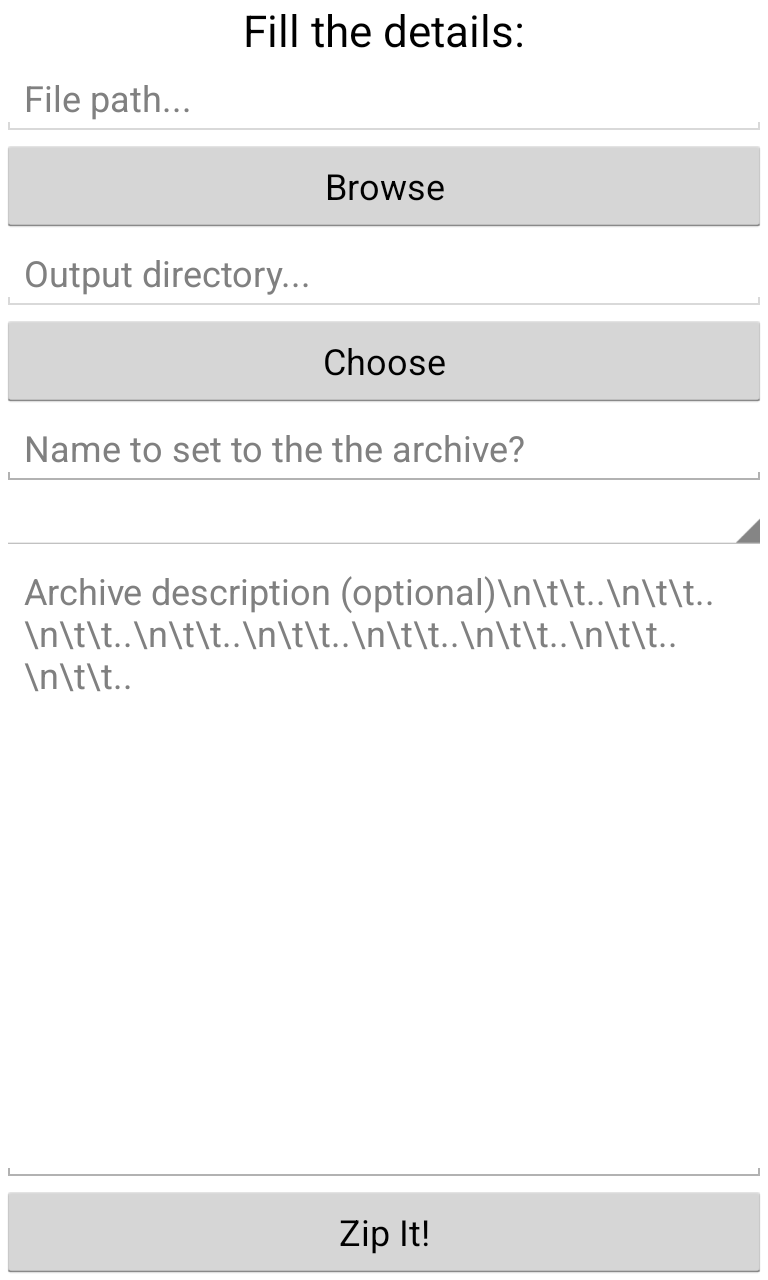
Repository: ya-ivanov/Android-Projects
Layout: Android Projects (OLD)/Zip It!/ZipIt/res/layout/activity_main.xml
An editor plug-in stored every save of this project. The layout is shown before and after the next save, followed by the edit.
It is drawn on a 768 x 1280 px phone screen (xhdpi) without system bars, with theme AppTheme; the app's code is not run.

Above is the layout before, as saved 2013-12-12 18:37:55.

### Android Projects (OLD)/Zip It!/ZipIt/res/layout/activity_main.xml
<LinearLayout xmlns:android="http://schemas.android.com/apk/res/android"
    android:layout_width="fill_parent"
    android:layout_height="fill_parent"
    android:orientation="vertical" >

    <TextView
        android:id="@+id/textView1"
        android:layout_width="match_parent"
        android:layout_height="wrap_content"
        android:gravity="center_horizontal"
        android:text="Fill the details:"
        android:textAppearance="?android:attr/textAppearanceLarge" />

    <EditText
        android:id="@+id/files"
        android:layout_width="match_parent"
        android:layout_height="wrap_content"
        android:ems="10"
        android:enabled="false"
        android:hint="File path..."
        android:singleLine="true" />

    <Button
        android:id="@+id/browse"
        android:layout_width="match_parent"
        android:layout_height="wrap_content"
        android:text="Browse" />

    <EditText
        android:id="@+id/endDir"
        android:layout_width="match_parent"
        android:layout_height="wrap_content"
        android:ems="10"
        android:enabled="false"
        android:hint="Output directory..."
        android:singleLine="true" />

    <Button
        android:id="@+id/choose"
        android:layout_width="match_parent"
        android:layout_height="wrap_content"
        android:text="Choose" />

    <LinearLayout
        android:layout_width="match_parent"
        android:layout_height="wrap_content" >

        <EditText
            android:id="@+id/archiveName"
            android:layout_width="match_parent"
            android:layout_height="wrap_content"
            android:layout_weight="1"
            android:ems="10"
            android:hint="Name to set to the the archive?"
            android:singleLine="true" />

    </LinearLayout>

    <Spinner
        android:id="@+id/spinner"
        android:layout_width="fill_parent"
        android:layout_height="wrap_content" />

    <EditText
        android:id="@+id/desk"
        android:layout_width="match_parent"
        android:layout_height="wrap_content"
        android:layout_weight="1"
        android:ems="10"
        android:hint="Archive description (optional)\n\t\t..\n\t\t..\n\t\t..\n\t\t..\n\t\t..\n\t\t..\n\t\t..\n\t\t..\n\t\t.."
        android:gravity="top" >

    </EditText>

    <Button
        android:id="@+id/button1"
        android:layout_width="match_parent"
        android:layout_height="wrap_content"
        android:text="Zip It!" />

</LinearLayout>

Loaded but not shown: Android Projects (OLD)/Zip It!/ZipIt/res/values/styles.xml (common file); Android Projects (OLD)/Zip It!/ZipIt/res/values-v11/styles.xml (common file); Android Projects (OLD)/Zip It!/ZipIt/res/values-v14/styles.xml (common file)

After the next save:
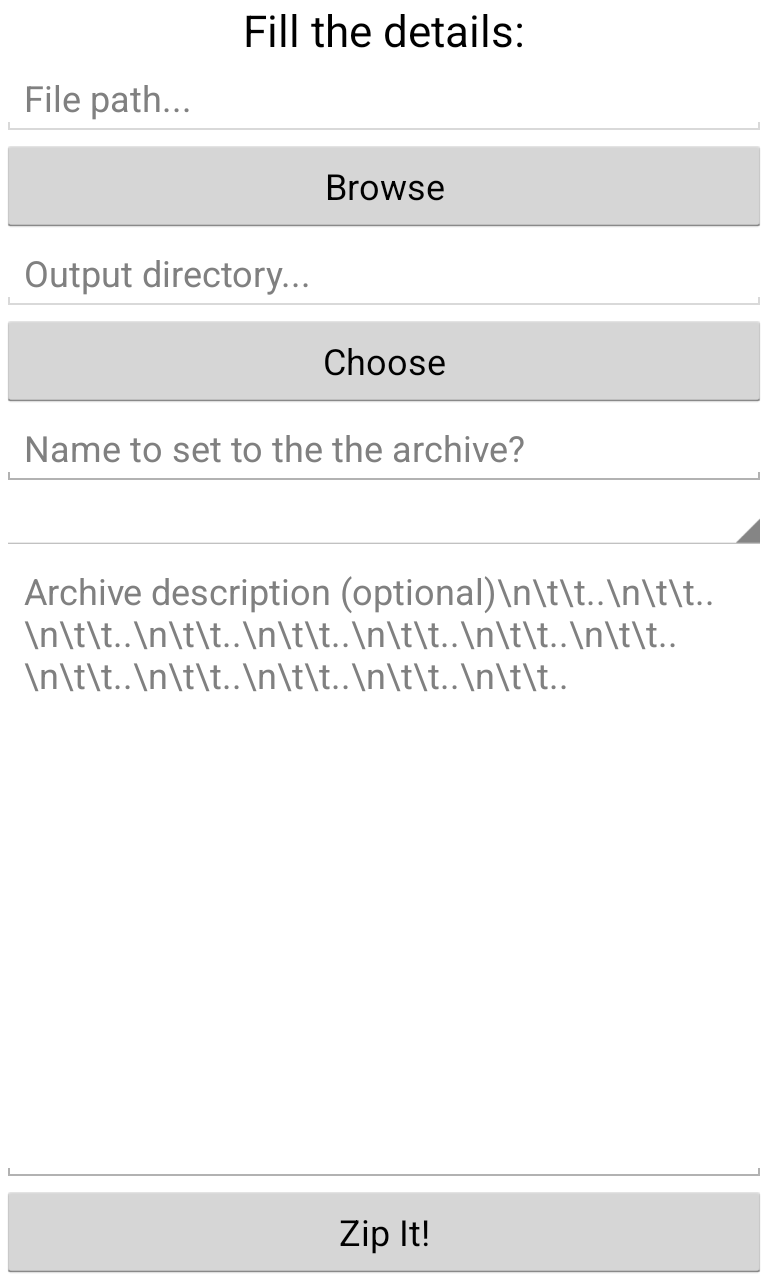
Saved 59 s later.
--- a/Android Projects (OLD)/Zip It!/ZipIt/res/layout/activity_main.xml
+++ b/Android Projects (OLD)/Zip It!/ZipIt/res/layout/activity_main.xml
@@ -67,7 +67,7 @@
         android:layout_height="wrap_content"
         android:layout_weight="1"
         android:ems="10"
-        android:hint="Archive description (optional)\n\t\t..\n\t\t..\n\t\t..\n\t\t..\n\t\t..\n\t\t..\n\t\t..\n\t\t..\n\t\t.."
+        android:hint="Archive description (optional)\n\t\t..\n\t\t..\n\t\t..\n\t\t..\n\t\t..\n\t\t..\n\t\t..\n\t\t..\n\t\t..\n\t\t..\n\t\t..\n\t\t..\n\t\t.."
         android:gravity="top" >
 
     </EditText>
